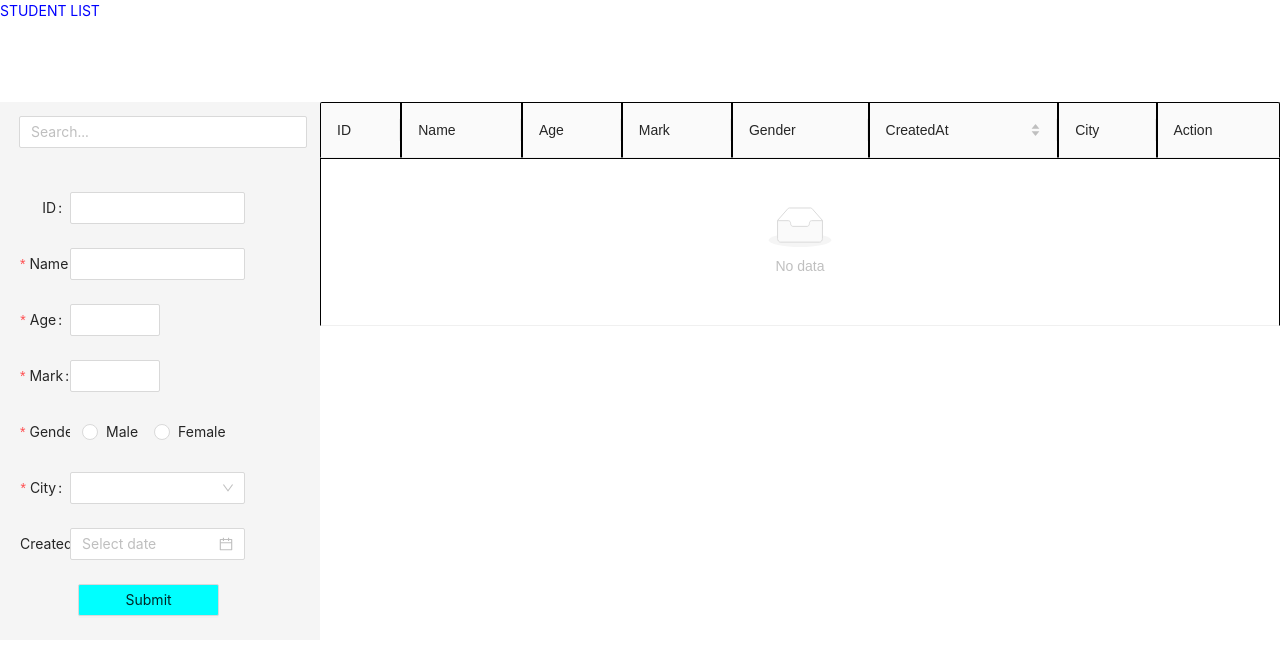
Repository: haminhdat1407/react-api-student
Page: /
An editor plug-in stored every save of this project. The page is shown before and after the next save, followed by the edit.
The browser window is 1280 px wide. The pictures show the whole page.
The page's requests for data from a server got no answer. The project was rebuilt for these pictures with package versions that can differ from the ones it lists, and the page was loaded fresh each time. No one was signed in, and anything a server would have sent is missing. Also part of the build but not shown: src/styles.css.

Above is the page before, as saved 2022-03-14 08:41:35.

After the next save:
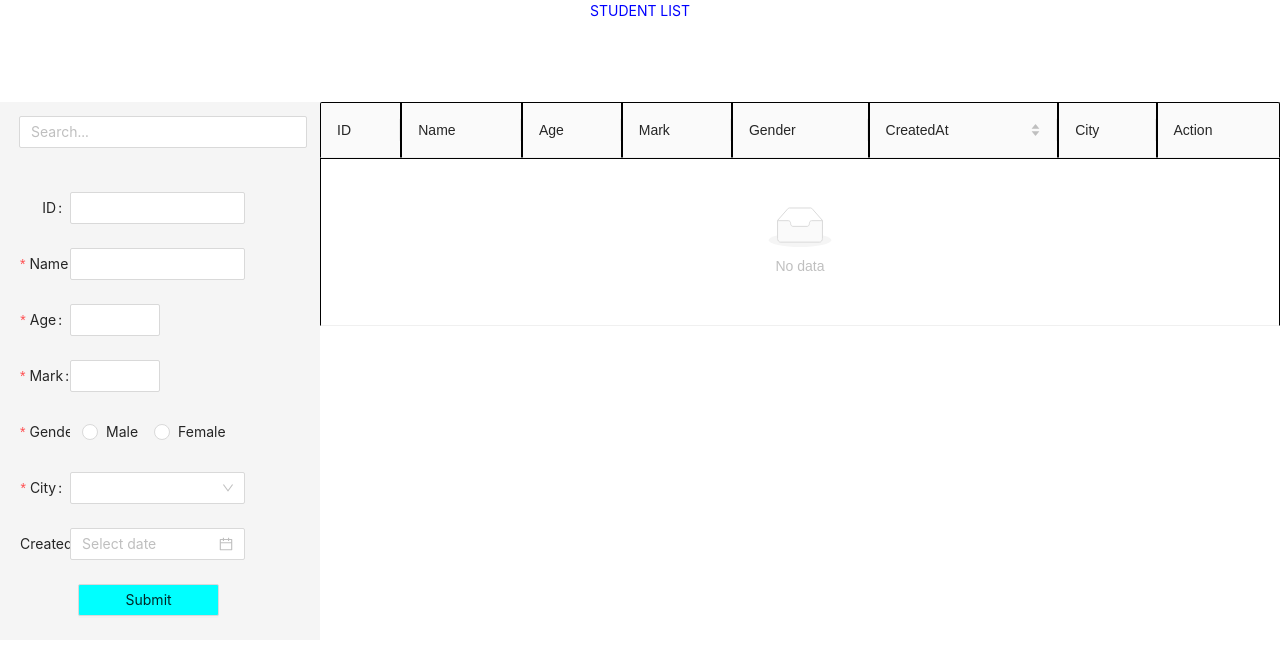
Saved 41 s later.
--- a/src/App.css
+++ b/src/App.css
@@ -1,5 +1,5 @@
 .lb-student {
   display: flex;
-  text-align: center;
+  justify-content: center;
   color: blue;
 }
